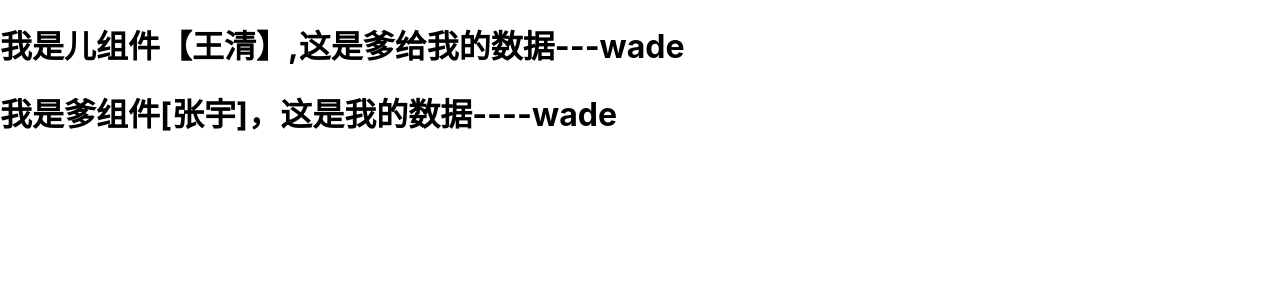
Repository: ZhangCoder0812/zf-react-project
Page: /
The author's editor kept a copy of each file at every save. The page is drawn from the files as they stood at one save, then again after the next save.
The browser window is 1280 px wide. The pictures show the whole page.
The project was rebuilt for these pictures with package versions that can differ from the ones it lists, and the page was loaded fresh each time.

Above is the page before, as saved 2021-05-17 10:58:38.

After the next save:
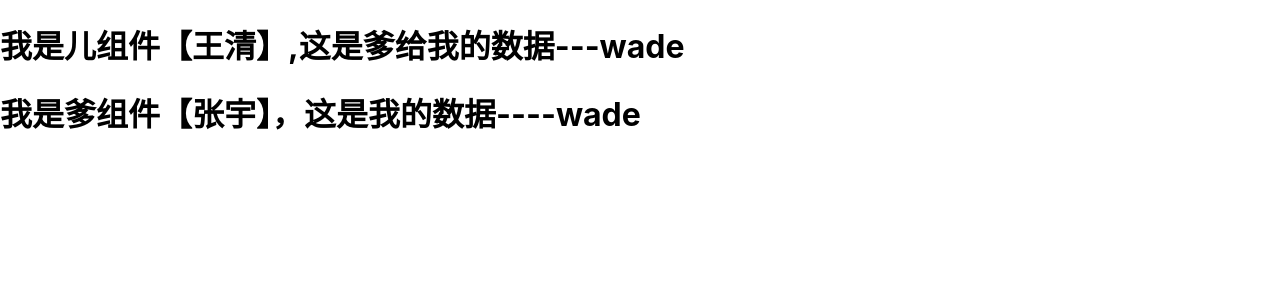
Saved 16 s later.
--- a/src/App.js
+++ b/src/App.js
@@ -10,7 +10,7 @@ class App extends React.Component {
         return (
             <div>
                 <Child data={name} />
-                <h1>我是爹组件[张宇]，这是我的数据----{name}</h1>
+                <h1>我是爹组件【张宇】，这是我的数据----{name}</h1>
             </div>
         );
     }
